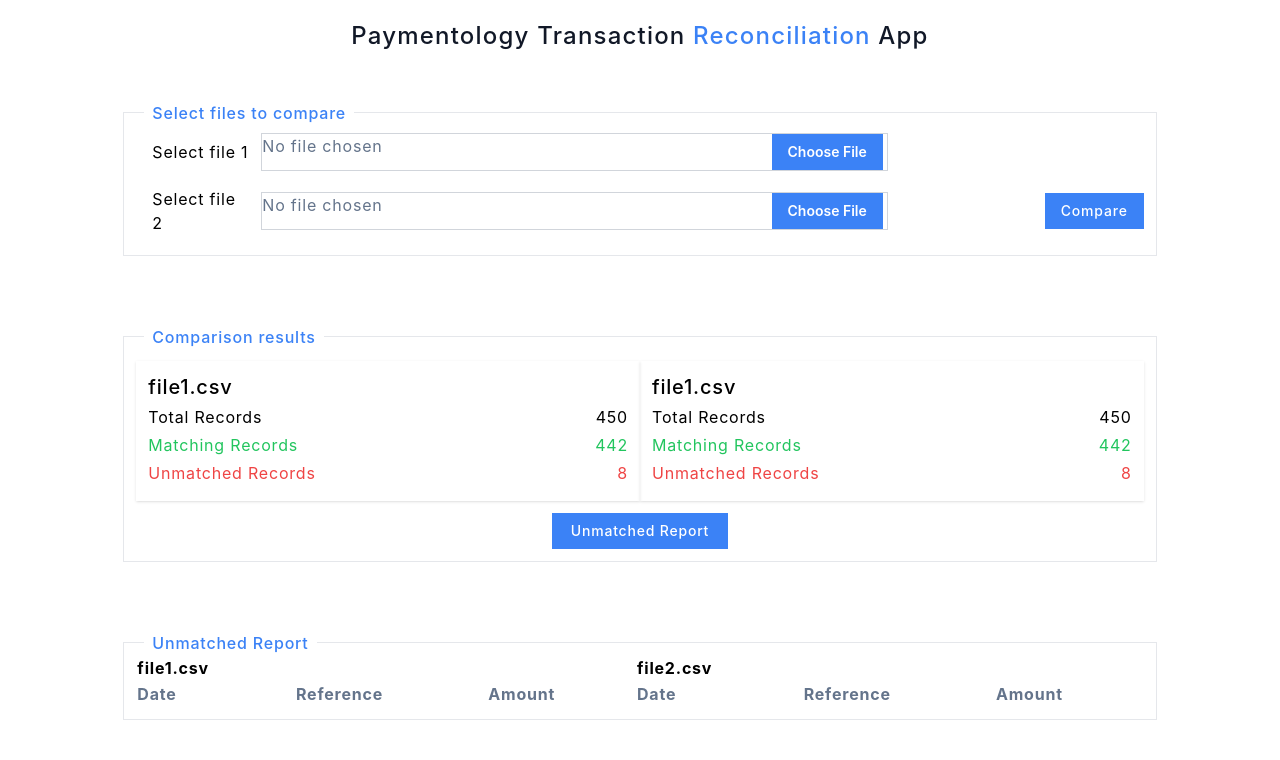
Repository: chionye/paymentology-front
Page: /
These files come from the project's save history. The page is drawn as it stood at one moment and after a run of saves; the edit follows.
The browser window is 1280 px wide. The pictures show the whole page.
The project was rebuilt for these pictures with package versions that can differ from the ones it lists, and the page was loaded fresh each time.

Above is the page before, as saved 2022-03-16 19:14:01.

After the next 4 saves:
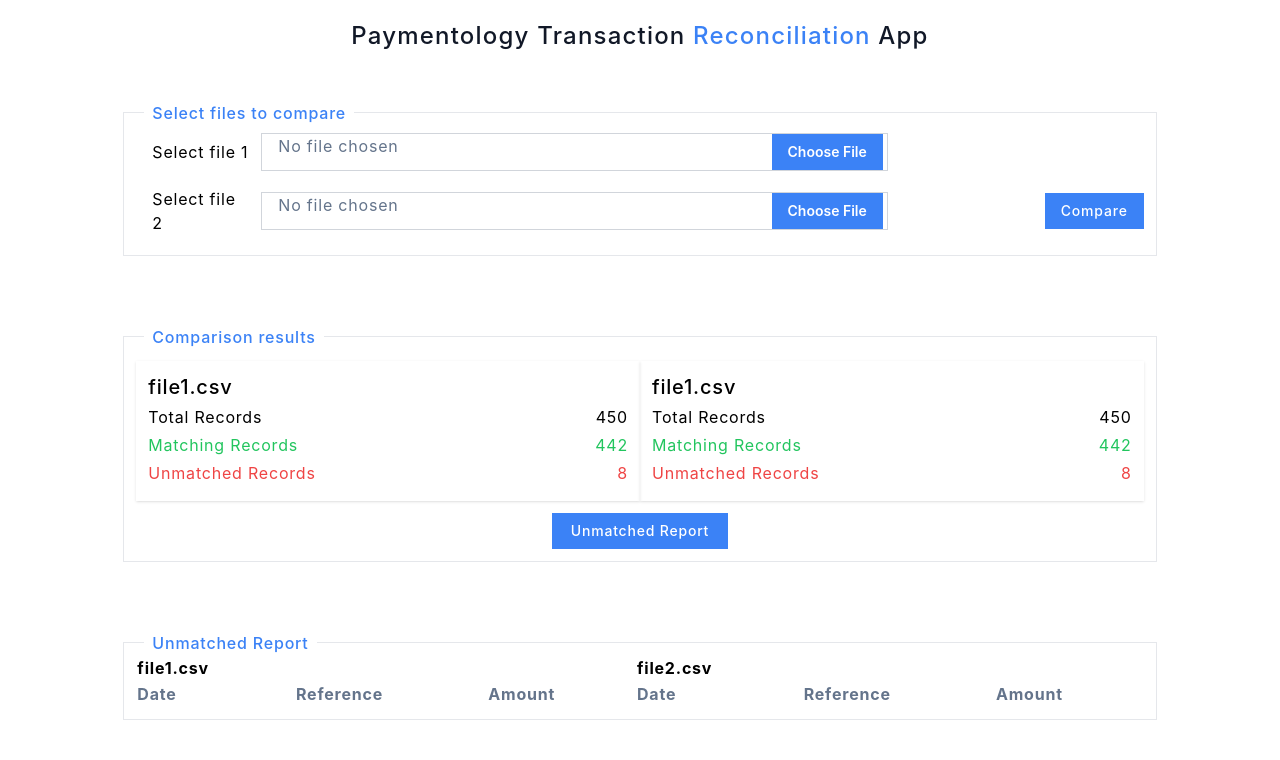
The 4 saves are shown as one change because they came seconds apart.
The last was saved 70 s later.
--- a/src/components/InputFile.js
+++ b/src/components/InputFile.js
@@ -8,7 +8,7 @@ const InputFile = (props) => {
                     className="block
                     border border-1 border-gray-300
                     w-full
-
+                    pl-4
                     md:mx-3
                     appearance-none
                     text-slate-500
